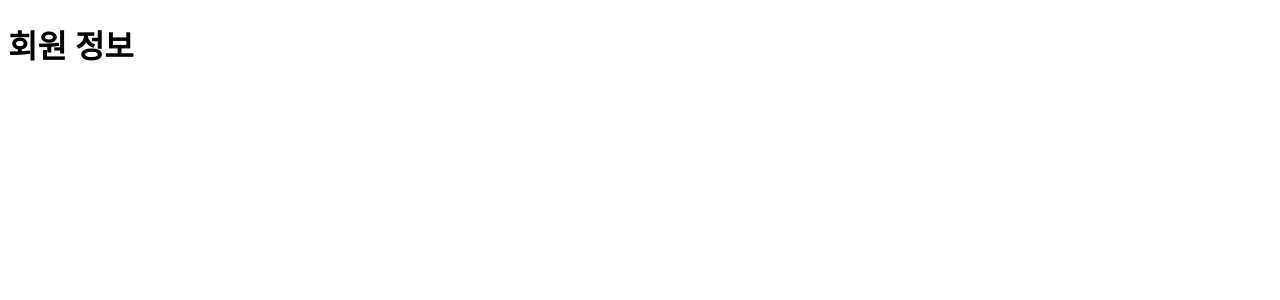
Repository: jjb5442/JSP
Page: http://localhost/06_Java_Bean_tutorial/Register_Result.jsp
These files come from the project's save history. The page is drawn as it stood at one moment and after the next save; the edit follows.
The browser window is 1280 px wide. The pictures show the whole page.
The page is served by Tomcat 9. Queries for data that is not in the repository find no rows.

Above is the page before, as saved 2022-05-28 02:14:17.

After the next save:
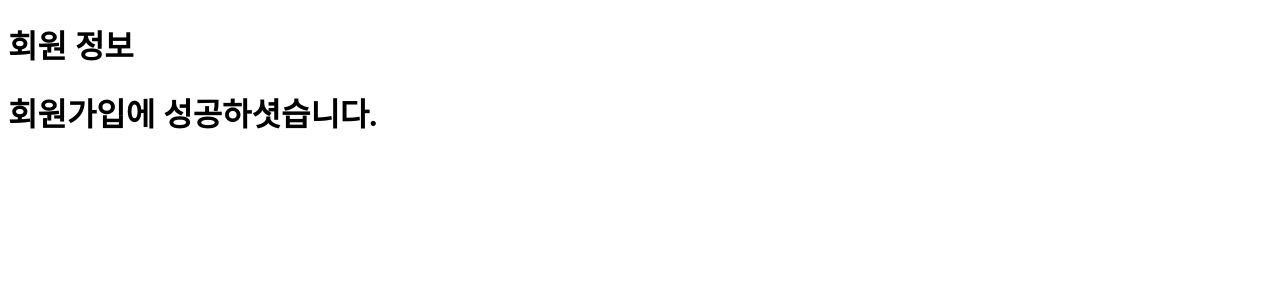
Saved 15 s later.
--- a/8Day/workspace/06_Java_Bean_tutorial/src/main/webapp/Register_Result.jsp
+++ b/8Day/workspace/06_Java_Bean_tutorial/src/main/webapp/Register_Result.jsp
@@ -15,7 +15,7 @@
 	<% if(dao.SearchID(member.getId()) == true){ %>
 			<h1>이미 존재하는 아이디입니다.</h1>
 	<% }else{ %>
-
+			<h1>회원가입에 성공하셧습니다.</h1>
 	<% } %>
 
 </body>
